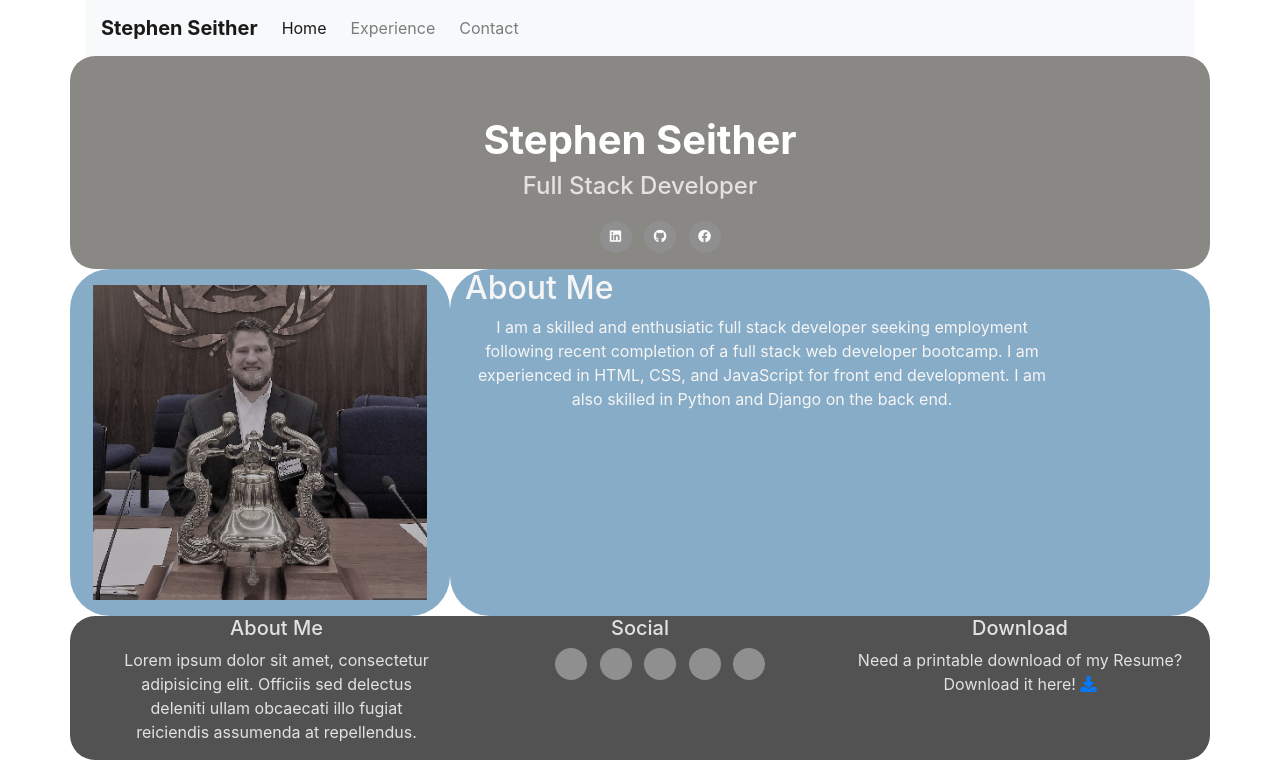
Repository: stephenseither/First-Milestone-Project
Page: index.html
The author's editor kept a record of every edit. The page is drawn from the files as they stood at one moment, then again after the next edit.
The browser window is 1280 px wide. The pictures show the whole page.
Some web libraries are served in a nearby version.

Above is the page before.

### index.html
<!DOCTYPE html>
<html lang="en">

<head>
    <meta charset="UTF-8">
    <meta name="viewport" content="width=device-width, initial-scale=1.0">
    <meta http-equiv="X-UA-Compatible" content="ie=edge">
    <link rel="stylesheet" href="https://stackpath.bootstrapcdn.com/bootstrap/4.3.1/css/bootstrap.min.css" integrity="sha384-ggOyR0iXCbMQv3Xipma34MD+dH/1fQ784/j6cY/iJTQUOhcWr7x9JvoRxT2MZw1T" crossorigin="anonymous">
    <link rel="stylesheet" href="https://use.fontawesome.com/releases/v5.10.2/css/all.css" integrity="sha384-rtJEYb85SiYWgfpCr0jn174XgJTn4rptSOQsMroFBPQSGLdOC5IbubP6lJ35qoM9" crossorigin="anonymous">
    <link rel="stylesheet" href="assets/css/style.css" type="text/css" />
    <title>Document</title>
</head>

<body>
    <div class="container">
        <div class="row no-gutters">
            <div class="col">
                <nav class="navbar navbar-light bg-light navbar-expand-sm no-gutters">
                    <a href="index.html" class="navbar-brand font-weight-bold">Stephen Seither</a>

                    <button class="navbar-toggler ml-auto" type="button" data-toggle="collapse" data-target="#navbarNavDropdown" aria-controls="navbarNavDropdown" aria-expanded="false" aria-label="Toggle navigation">
            <span class="navbar-toggler-icon"></span></button>

                    <div class="collapse navbar-collapse" id="navbarNavDropdown">
                        <ul class="navbar-nav mr-auto">
                            <li class="active nav-item mr-2"><a class="nav-link" href="index.html">Home</a></li>
                            <li class="nav-item mr-2"><a class="nav-link" href="experience.html">Experience</a></li>
                            <li class="nav-item mr-2"><a class="nav-link" href="contact.html">Contact</a></li>
                        </ul>
                    </div>
                </nav>
            </div>
        </div>


        <div class="row rounded-top">

            <div class="col bg-header heading">
                <div class="row">
                    <div class="col">
                        <h1 class="name font-weight-bold">Stephen Seither</h1>
                        <h4 class="title">Full Stack Developer</h4>
                    </div>
                </div>
                <div class="row">
                    <div class="col">
                        <ul class="list-inline social-links">
                            <li class="list-inline-item">
                                <a href="https://www.linkedin.com/in/stephen-seither-254ba7b7" target="_blank">
                                <i class="fab fa-linkedin" aria-hidden="true"></i>
                                <span class="sr-only">LinkedIn</span>
                                </a>
                            </li>
                            <li class="list-inline-item">
                                <a href="https://github.com/stephenseither" target="_blank">
                                    <i class="fab fa-github" aria-hidden="true"></i>
                                    <span class="sr-only">GitHub</span>
                                </a>
                            </li>
                            <li class="list-inline-item">
                                <a href="https://www.facebook.com/stephen.seither" target="_blank">
                                    <i class="fab fa-facebook" aria-hidden="true"></i>
                                    <span class="sr-only">Facebook</span>
                                </a>
                            </li>
                        </ul>
                    </div>
                </div>
            </div>
        </div>
    </div>

    <section class="container">
        <div class="row">
            <div class="col-sm-4 photo">
                <img src="assets/images/stephen-1.jpg" alt="stephen" class="img-fluid img-responsive rounded py-3 px-2" />
            </div>
            <div class="col-md-8 about-me">
                <h2>About Me</h2>
                <p>I am a skilled and enthusiatic full stack developer seeking employment following recent completion of a full stack web developer bootcamp. I am experienced in HTML, CSS, and JavaScript for front end development. I am also skilled in Python
                    and Django on the back end. </p>
            </div>

        </div>
    </section>

    <footer>
        <div class="container footer">
            <div class="row">
                <div class="col-md-4 pl-5">
                    <h5>About Me</h5>
                    <p>Lorem ipsum dolor sit amet, consectetur adipisicing elit. Officiis sed delectus deleniti ullam obcaecati illo fugiat reiciendis assumenda at repellendus.</p>
                </div>
                <div class="col-md-4">
                    <h5 class="uppercase general-sub">Social</h5>
                <ul class="list-inline social-links">
                    <li class="list-inline-item">
                        <a target="_blank" href="#">
                            <i class="fa fa-facebook" aria-hidden="true"></i>
                            <span class="sr-only">Facebook</span>
                        </a>
                    </li>
                    <li class="list-inline-item">
                        <a target="_blank" href="#">
                            <i class="fa fa-linkedin" aria-hidden="true"></i>
                            <span class="sr-only">LikedIn</span>
                        </a>
                    </li>
                    <li class="list-inline-item">
                        <a target="_blank" href="#">
                            <i class="fa fa-github" aria-hidden="true"></i>
                            <span class="sr-only">GitHub</span>
                        </a>
                    </li>
                    <li class="list-inline-item">
                        <a target="_blank" href="#">
                            <i class="fa fa-instagram" aria-hidden="true"></i>
                            <span class="sr-only">Instagram</span>
                        </a>
                    </li>
                    <li class="list-inline-item">
                        <a target="_blank" href="#">
                            <i class="fa fa-youtube" aria-hidden="true"></i>
                            <span class="sr-only">Youtube</span>
                        </a>
                    </li>
                </ul>
                </div>
                <div class="col-md-4">
                    <h5>Download</h5>
                    <p>Need a printable download of my Resume? Download it here!
                        <a href="assets/resume/resume.pdf" target="_blank"><i class="fa fa-download" aria-hidden="true"></i>
                        <span class="sr-only">Download link.</span>
                        </a>
                    </p>
                </div>
            </div>
        </div>
    </footer>
    <script src="https://code.jquery.com/jquery-3.3.1.slim.min.js" integrity="sha384-q8i/X+965DzO0rT7abK41JStQIAqVgRVzpbzo5smXKp4YfRvH+8abtTE1Pi6jizo" crossorigin="anonymous"></script>
    <script src="https://cdnjs.cloudflare.com/ajax/libs/popper.js/1.14.3/umd/popper.min.js" integrity="sha384-ZMP7rVo3mIykV+2+9J3UJ46jBk0WLaUAdn689aCwoqbBJiSnjAK/l8WvCWPIPm49" crossorigin="anonymous"></script>
    <script src="https://stackpath.bootstrapcdn.com/bootstrap/4.1.3/js/bootstrap.min.js" integrity="sha384-ChfqqxuZUCnJSK3+MXmPNIyE6ZbWh2IMqE241rYiqJxyMiZ6OW/JmZQ5stwEULTy" crossorigin="anonymous"></script>
</body>

</html>

### assets/css/style.css
/*---------------------------Media Queries---------------------- */

@media (hover: none) {
    .contact-info {
        background-color: #7395ae;
        opacity: 1.2;
    }
}


/*---------------------------BG Colors---------------------- */

.bg-header {
    background-color: #8a8884;
}

.about-me {
    background-color: #87acc7;
}

.photo {
    background-color: #87acc7;
}

.contact-info {
    background-color: #7395ae;
    opacity: 0.75;
    transition: opacity .5s ease-out, font-weight .25s ease-in-out;
    -moz-transition: opacity .5s ease-out, font-weight .25s ease-in-out;
    -webkit-transition: opacity .5s ease-out, font-weight .25s ease-in-out;
    color: #fafafa;
    font-weight: normal;
}

.contact-info:hover {
    opacity: 1.2;
    font-weight: bold;
}

.bg-work-timeline {
    background-color: #87acc7;
}

.bg-school-timeline {
    background-color: #87acc7;
}

/*---------------------------Header---------------------- */

.heading {
    text-align: center;
    border-radius: 25px;
}

.name {
    margin-top: 60px;
    color: #fff;
}

.title {
    color: #e3e1e1;
    margin-bottom: 20px;
}

.social-links {
    margin-left: 40px;
}

.social-links li a i {
    width: 32px;
    height: 32px;
    padding: 12px 2px;
    border-radius: 50%;
    font-size: 13px;
    line-height: 7px;
    text-align: center;
    color: #fafafa;
    background: #8f8f8f;
    transition: all 0.35s ease-in-out, ;
    -moz-transition: all 0.35s ease-in-out;
    -webkit-transition: all 0.35s ease-in-out;
    -o-transition: all 0.35s ease-in-out;
}

.social-links li a i:hover {
    background-color: #b8784b;
    transform: scale(1.5);
    -webkit-transform: scale(1.5);
    -moz-transform: scale(1.5);
    -o-transform: scale(1.5);
}


/*---------------------------About Me---------------------- */

.about-me {
    border-width: 2px 4px;
    border-radius: 40px;
    color: #f5f5f5;
}

.about-me p {
    width: 80%;
    margin-left: 5px;
    color: #f5f5f5;
}

.photo {
    border-width: 2px 4px;
    border-radius: 40px;
}

/*---------------------------Contact Info---------------------- */

.personal-info-item {
    margin-bottom: 10px;
    display: block;
    clear: both;
    font-size: 20px;
}

.personal-info-item .title,
.personal-info-item .value {
    display: inline-block;
    padding-right: 15px;
}

/*--------------------------Resume---------------------- */

.resume {
    background-color: #8a8884;
    text-align: center;
    color: #fafafa;
    padding: 8px;
}

.work-history {
    color: #f5f5f5;
    text-align: center;
}

.work-timeline {
    border-width: 2px 4px;
    border-radius: 40px;
}

.timeline-item {
    padding: 4em 2em 0em 2em;
    position: relative;
    color: #fafafa;
    border-left: 1px solid;
}

.timeline-item p {
    padding: 0;
    margin: 0;
}

.timeline-item:before {
    content: attr(data-dates);
    position: absolute;
    left: 2.5em;
    top: 3em;
    display: block;
    font-family: "Exo", sans-serif;
    font-weight: 500;
    font-size: 0.8em;
    padding: 0;
    margin: 0;
}

.timeline-item:after {
    width: 12px;
    height: 12px;
    display: block;
    top: 2.4em;
    position: absolute;
    left: -6px;
    border-radius: 12px;
    content: '';
    background-color: #fafafa;
}


.school {
    color: #f5f5f5;
    text-align: center;
}

.school-item {
    padding: 4em 2em 0em 2em;
    position: relative;
    color: #fafafa;
    border-left: 1px solid;
}


.school-timeline {
    border-width: 2px 4px;
    border-radius: 40px;
}

.school-item p {
    padding: 0;
    margin: 0;
}

.school-item:before {
    content: attr(data-dates);
    position: absolute;
    left: 2.5em;
    top: 3em;
    display: block;
    font-family: "Exo", sans-serif;
    font-weight: 500;
    font-size: 0.8em;
    padding: 0;
    margin: 0;
}

.school-item:after {
    width: 12px;
    height: 12px;
    display: block;
    top: 2.4em;
    position: absolute;
    left: -6px;
    border-radius: 12px;
    content: '';
    background-color: #fafafa;
}

/*---------------------------Footer---------------------------*/

.footer {
    background-color: #525252;
    border-radius: 25px;
}

footer h5,p {
    color: #e3e1e1;
}

footer h5,ul,p {
    text-align: center;
}

.social-links-footer li a i {
    width: 32px;
    height: 32px;
    padding: 12px 2px;
    border-radius: 50%;
    font-size: 13px;
    line-height: 7px;
    text-align: center;
    color: #fafafa;
    background: #8f8f8f;
    transition: all 0.35s ease-in-out, ;
    -moz-transition: all 0.35s ease-in-out;
    -webkit-transition: all 0.35s ease-in-out;
    -o-transition: all 0.35s ease-in-out;
}

.resume-pdf i {
    color: #f5f5f5;
    padding-left: 8px;
}

After the next edit:
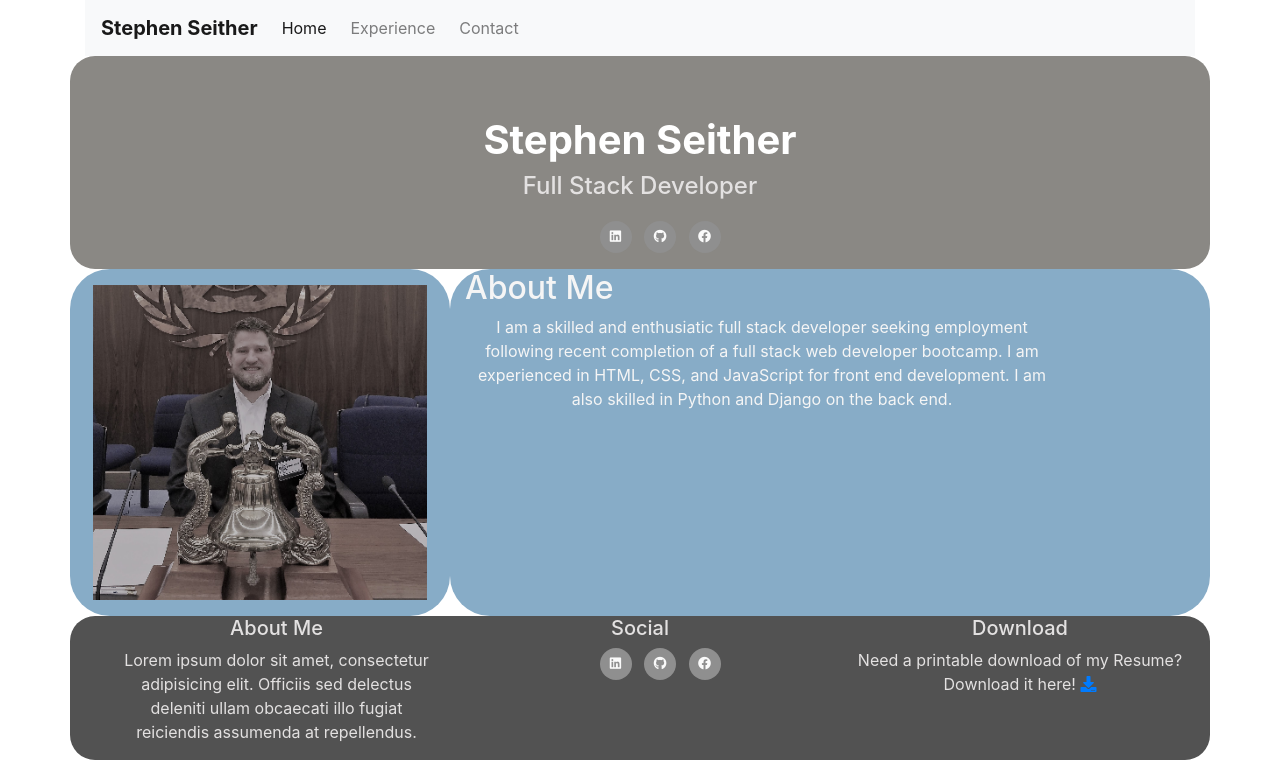
The edit:
--- a/index.html
+++ b/index.html
@@ -93,38 +93,26 @@
                 </div>
                 <div class="col-md-4">
                     <h5 class="uppercase general-sub">Social</h5>
-                <ul class="list-inline social-links">
-                    <li class="list-inline-item">
-                        <a target="_blank" href="#">
-                            <i class="fa fa-facebook" aria-hidden="true"></i>
-                            <span class="sr-only">Facebook</span>
-                        </a>
-                    </li>
-                    <li class="list-inline-item">
-                        <a target="_blank" href="#">
-                            <i class="fa fa-linkedin" aria-hidden="true"></i>
-                            <span class="sr-only">LikedIn</span>
-                        </a>
-                    </li>
-                    <li class="list-inline-item">
-                        <a target="_blank" href="#">
-                            <i class="fa fa-github" aria-hidden="true"></i>
-                            <span class="sr-only">GitHub</span>
-                        </a>
-                    </li>
-                    <li class="list-inline-item">
-                        <a target="_blank" href="#">
-                            <i class="fa fa-instagram" aria-hidden="true"></i>
-                            <span class="sr-only">Instagram</span>
-                        </a>
-                    </li>
-                    <li class="list-inline-item">
-                        <a target="_blank" href="#">
-                            <i class="fa fa-youtube" aria-hidden="true"></i>
-                            <span class="sr-only">Youtube</span>
-                        </a>
-                    </li>
-                </ul>
+                    <ul class="list-inline social-links">
+                        <li class="list-inline-item">
+                            <a href="https://www.linkedin.com/in/stephen-seither-254ba7b7" target="_blank">
+                                <i class="fab fa-linkedin" aria-hidden="true"></i>
+                                <span class="sr-only">LinkedIn</span>
+                                </a>
+                        </li>
+                        <li class="list-inline-item">
+                            <a href="https://github.com/stephenseither" target="_blank">
+                                    <i class="fab fa-github" aria-hidden="true"></i>
+                                    <span class="sr-only">GitHub</span>
+                                </a>
+                        </li>
+                        <li class="list-inline-item">
+                            <a href="https://www.facebook.com/stephen.seither" target="_blank">
+                                    <i class="fab fa-facebook" aria-hidden="true"></i>
+                                    <span class="sr-only">Facebook</span>
+                                </a>
+                        </li>
+                    </ul>
                 </div>
                 <div class="col-md-4">
                     <h5>Download</h5>
